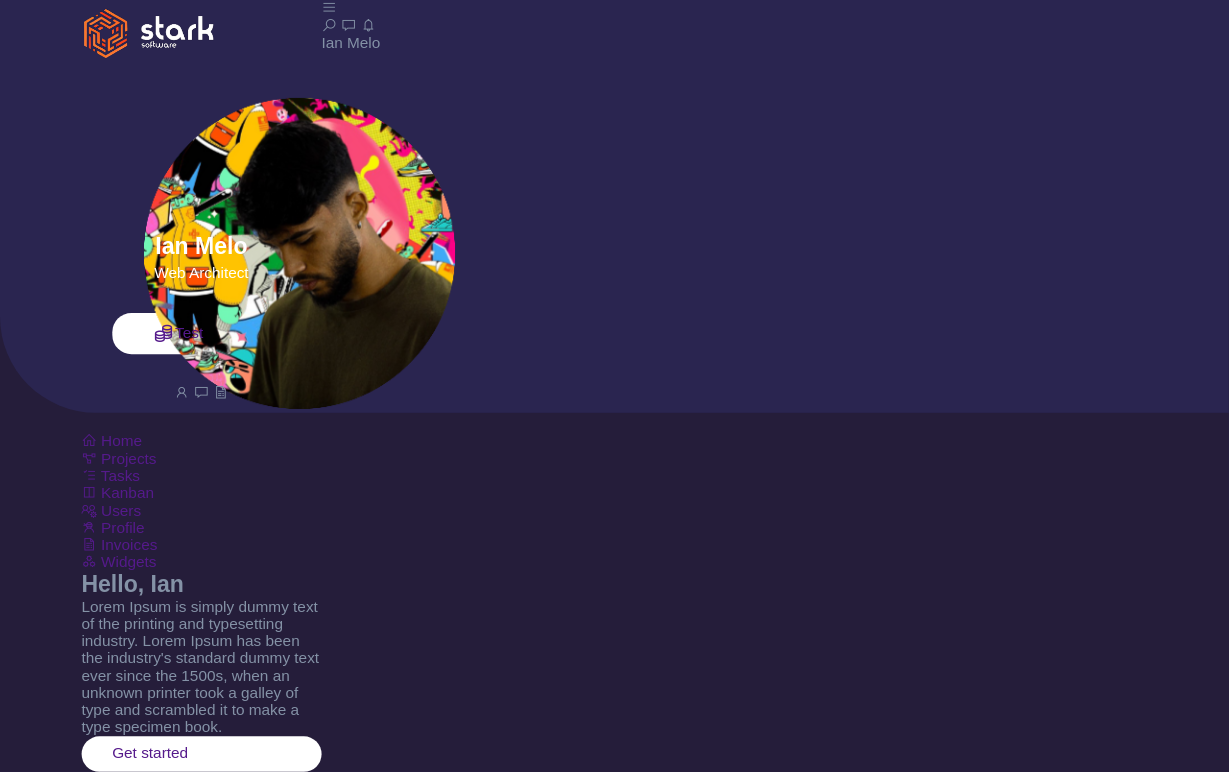
Repository: ichumbo/StarkDashboard
Page: index.html
The author's editor kept a copy of each file at every save. The page is drawn from the files as they stood at one save, then again after the next save.
The browser window is 1280 px wide. The pictures show the whole page, at 96% of full size.
Pictures or frames that could not be fetched are drawn as grey boxes.

Above is the page before, as saved 2023-06-06 16:24:25.

After the next save:
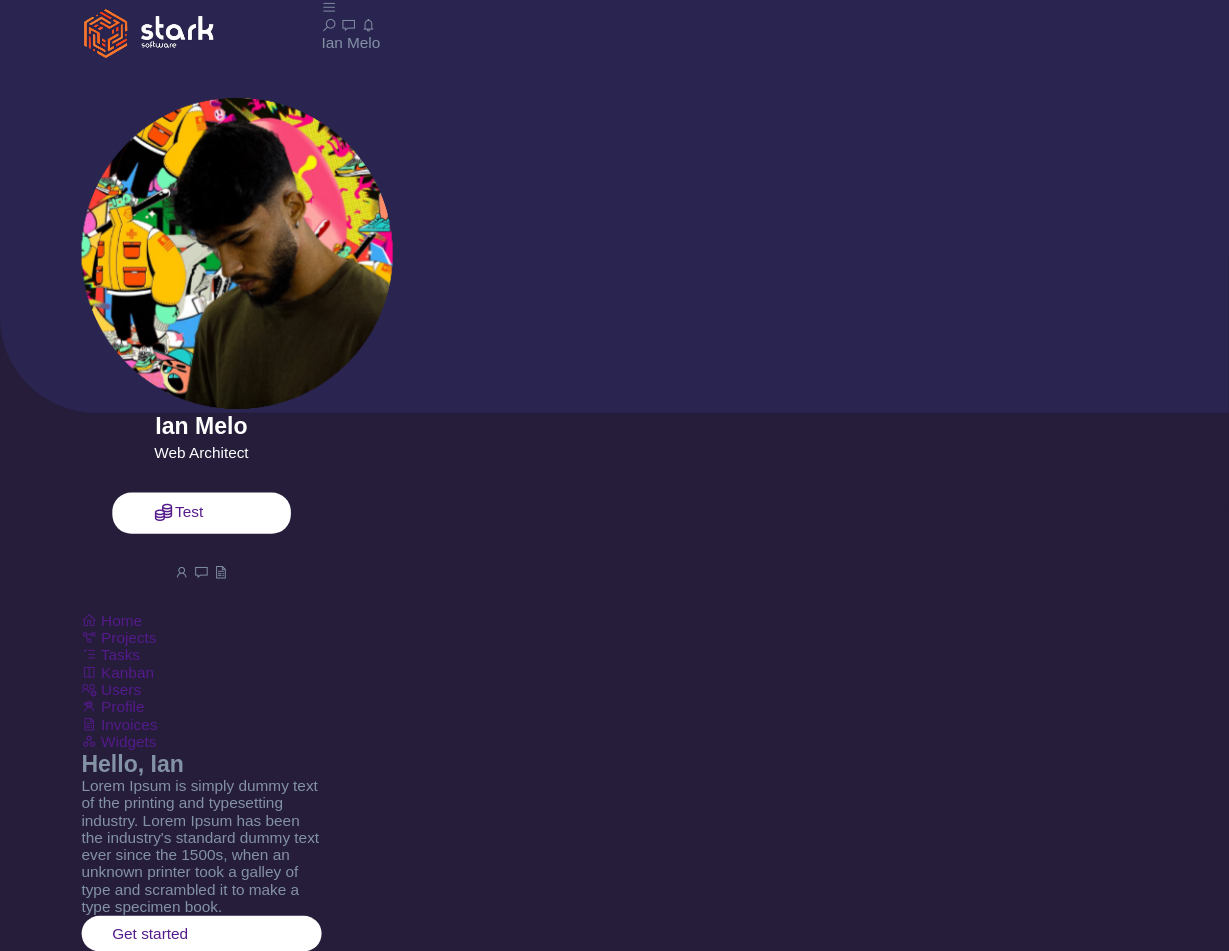
Saved 17 s later.
--- a/index.html
+++ b/index.html
@@ -23,9 +23,9 @@
             </div>
 
             <div class="profile-card">
-                <div class="profile-img">
+
                     <img src="/img/iconphoto.png" alt="Perfil">
-                </div>
+
                 <div class="profile-info">
                     <h2>Ian Melo</h2>
                     <small>Web Architect</small>

After the save that followed:
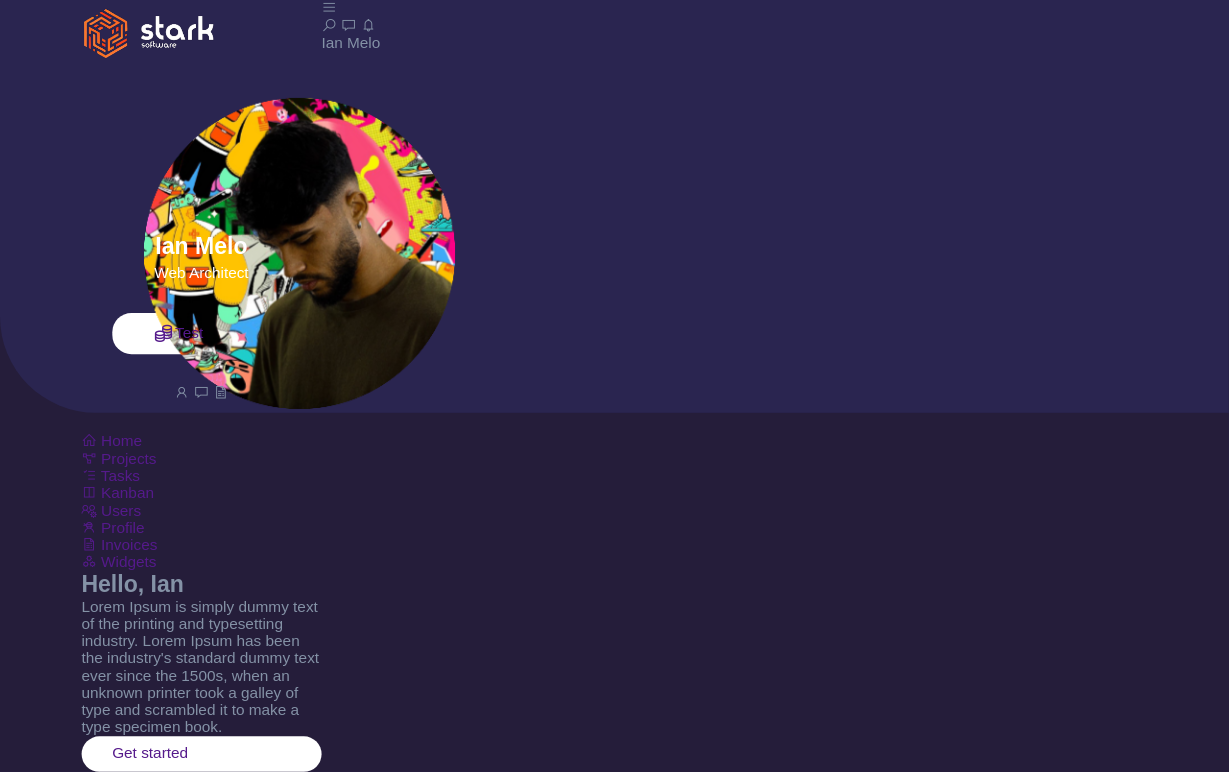
Saved 6 s later.
--- a/index.html
+++ b/index.html
@@ -23,9 +23,9 @@
             </div>
 
             <div class="profile-card">
-
+                <div class="profile-img">
                     <img src="/img/iconphoto.png" alt="Perfil">
-
+                </div>
                 <div class="profile-info">
                     <h2>Ian Melo</h2>
                     <small>Web Architect</small>
